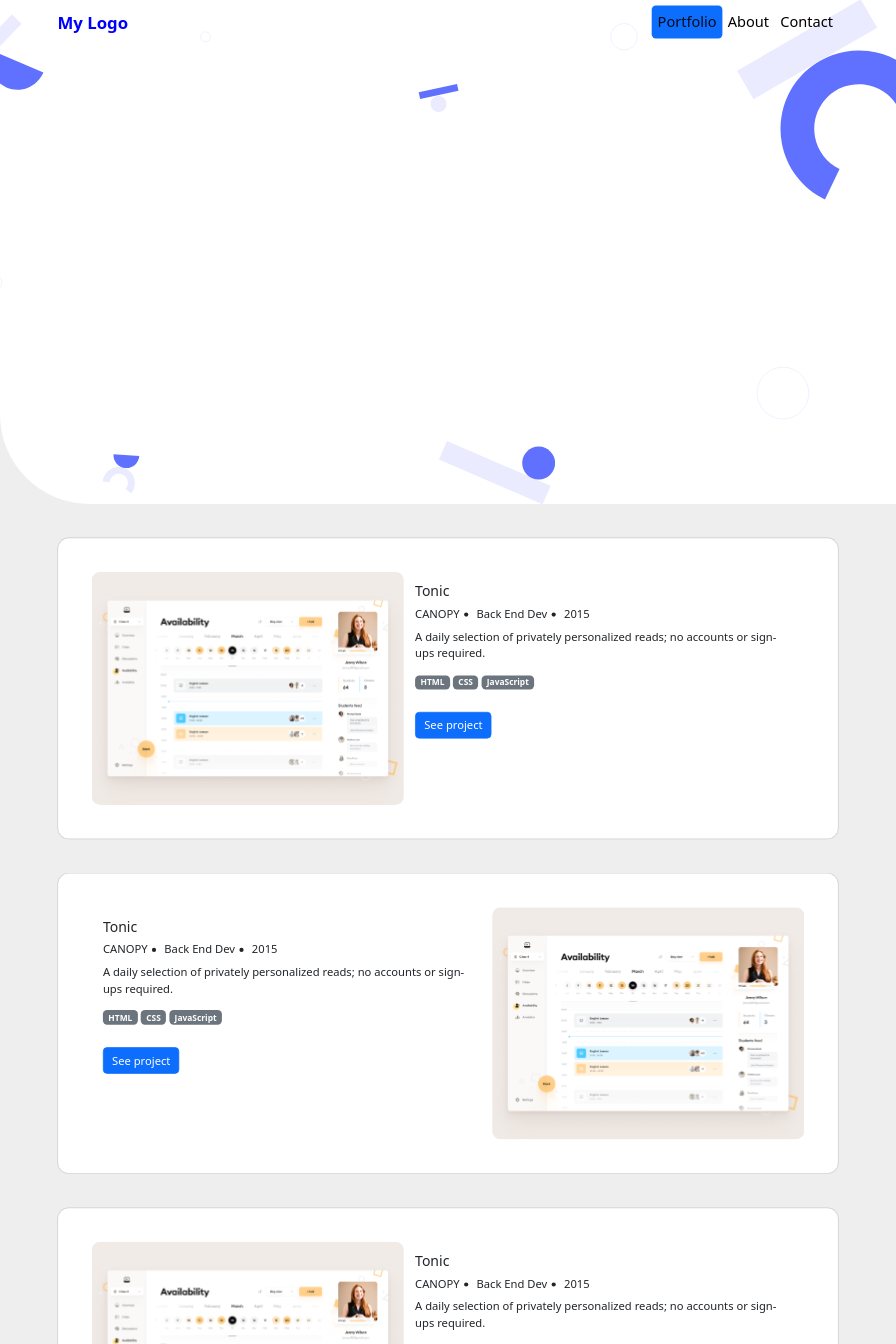
Repository: waelelsafty07/Bootstrap-Portfolio
Page: index.html
The author's editor kept a copy of each file at every save. The page is drawn from the files as they stood at one save, then again after the next save.
The browser window is 1280 px wide. The pictures show the part of the page from y = 0 to 1920 px (the page is 2682 px tall), at 70% of full size.

Above is the page before, as saved 2023-04-04 17:40:30.

### index.html
<!DOCTYPE html>
<html lang="en">
<head>
    <meta charset="UTF-8">
    <meta http-equiv="X-UA-Compatible" content="IE=edge">
    <meta name="viewport" content="width=device-width, initial-scale=1.0">
    <title>Portfolio</title>
    <link rel="stylesheet" href="css/bootstrap.min.css"/>
    <link rel="stylesheet" href="styles.css"/>
</head>
<body>
    <header>
        <nav id="navbar" class="navbar fixed-top navbar-expand-lg navbar-light">
            <div class="container">
              <a class="navbar-brand" href="#">My Logo</a>
              <button class="navbar-toggler" type="button" data-bs-toggle="collapse" data-bs-target="#navbarNav" aria-controls="navbarNav" aria-expanded="false" aria-label="Toggle navigation">
                <span class="navbar-toggler-icon"></span>
              </button>
              <div class="collapse navbar-collapse flex-row-reverse" id="navbarNav">
                <ul class="navbar-nav nav-pills">
                  <li class="nav-item">
                    <a class="nav-link active" aria-current="page" href="#works">Portfolio</a>
                  </li>
                  <li class="nav-item">
                    <a class="nav-link" href="#">About</a>
                  </li>
                  <li class="nav-item">
                    <a class="nav-link" href="#">Contact</a>
                  </li>
                </ul>
              </div>
            </div>
          </nav>
    </header>
    <main data-bs-spy="scroll" data-bs-target="#navbar" data-bs-offset="0" class="scrollspy-example" tabindex="0">
      <section id="works" class="works m-5">
        <div class="container">
          <div class="card flex-row p-5 rounded-4">
            <img src="images/Snapshoot Portfolio (1).svg" class="card-img-top w-50" alt="...">
            <div class="card-body">
              <h5 class="card-title mb-2">Tonic</h5>
              <ul class="d-flex p-0 my-2">
                <li class="list-unstyled">CANOPY</li>
                <li class="ms-4">Back End Dev</li>
                <li class="ms-4">2015</li>
              </ul>
              <p class="card-text my-2">A daily selection of privately personalized reads; no accounts or sign-ups required.</p>
              <ul class="list-unstyled my-3">
                <li class="badge bg-secondary">HTML</li>
                <li class="badge bg-secondary">CSS</li>
                <li class="badge bg-secondary">JavaScript</li>
              </ul>
              <a href="#" class="btn btn-primary mt-3">See project</a>
            </div>
          </div>
          <div class="card flex-row-reverse p-5 rounded-4 mt-5">
            <img src="images/Snapshoot Portfolio (1).svg" class="card-img-top w-50" alt="...">
            <div class="card-body">
              <h5 class="card-title mb-2">Tonic</h5>
              <ul class="d-flex p-0 my-2">
                <li class="list-unstyled">CANOPY</li>
                <li class="ms-4">Back End Dev</li>
                <li class="ms-4">2015</li>
              </ul>
              <p class="card-text my-2">A daily selection of privately personalized reads; no accounts or sign-ups required.</p>
              <ul class="list-unstyled my-3">
                <li class="badge bg-secondary">HTML</li>
                <li class="badge bg-secondary">CSS</li>
                <li class="badge bg-secondary">JavaScript</li>
              </ul>
              <a href="#" class="btn btn-primary mt-3">See project</a>
            </div>
          </div>
          <div class="card flex-row p-5 rounded-4 mt-5">
            <img src="images/Snapshoot Portfolio (1).svg" class="card-img-top w-50" alt="...">
            <div class="card-body">
              <h5 class="card-title mb-2">Tonic</h5>
              <ul class="d-flex p-0 my-2">
                <li class="list-unstyled">CANOPY</li>
                <li class="ms-4">Back End Dev</li>
                <li class="ms-4">2015</li>
              </ul>
              <p class="card-text my-2">A daily selection of privately personalized reads; no accounts or sign-ups required.</p>
              <ul class="list-unstyled my-3">
                <li class="badge bg-secondary">HTML</li>
                <li class="badge bg-secondary">CSS</li>
                <li class="badge bg-secondary">JavaScript</li>
              </ul>
              <a href="#" class="btn btn-primary mt-3">See project</a>
            </div>
          </div>
          <div class="card flex-row-reverse p-5 rounded-4 mt-5">
            <img src="images/Snapshoot Portfolio (1).svg" class="card-img-top w-50" alt="...">
            <div class="card-body">
              <h5 class="card-title mb-2">Tonic</h5>
              <ul class="d-flex p-0 my-2">
                <li class="list-unstyled">CANOPY</li>
                <li class="ms-4">Back End Dev</li>
                <li class="ms-4">2015</li>
              </ul>
              <p class="card-text my-2">A daily selection of privately personalized reads; no accounts or sign-ups required.</p>
              <ul class="list-unstyled my-3">
                <li class="badge bg-secondary">HTML</li>
                <li class="badge bg-secondary">CSS</li>
                <li class="badge bg-secondary">JavaScript</li>
              </ul>
              <a href="#" class="btn btn-primary mt-3">See project</a>
            </div>
          </div>
        </div>

      </section>
    </main>

    <script src="js/bootstrap.bundle.min.js"></script>
</body>
</html>

### styles.css
body {
  background-color: #eee;
}

header {
  background-color: #fff;
  background-image: url("images/Header\ bg.svg");
  background-repeat: no-repeat;
  background-position: center;
  height: 100vh;
  border-bottom-left-radius: 8rem;
}
nav .navbar-brand {
  font-weight: bold;
  font-size: 1.5rem;
  color: blue;
}
nav .nav-link {
  font-weight: 500;
  font-size: 1.3rem;
  color: #000;
}

.nav-pills.nav-link.active {
  background-color: purple !important;
}

Loaded but not shown: css/bootstrap.min.css (library); js/bootstrap.bundle.min.js (library)

After the next save:
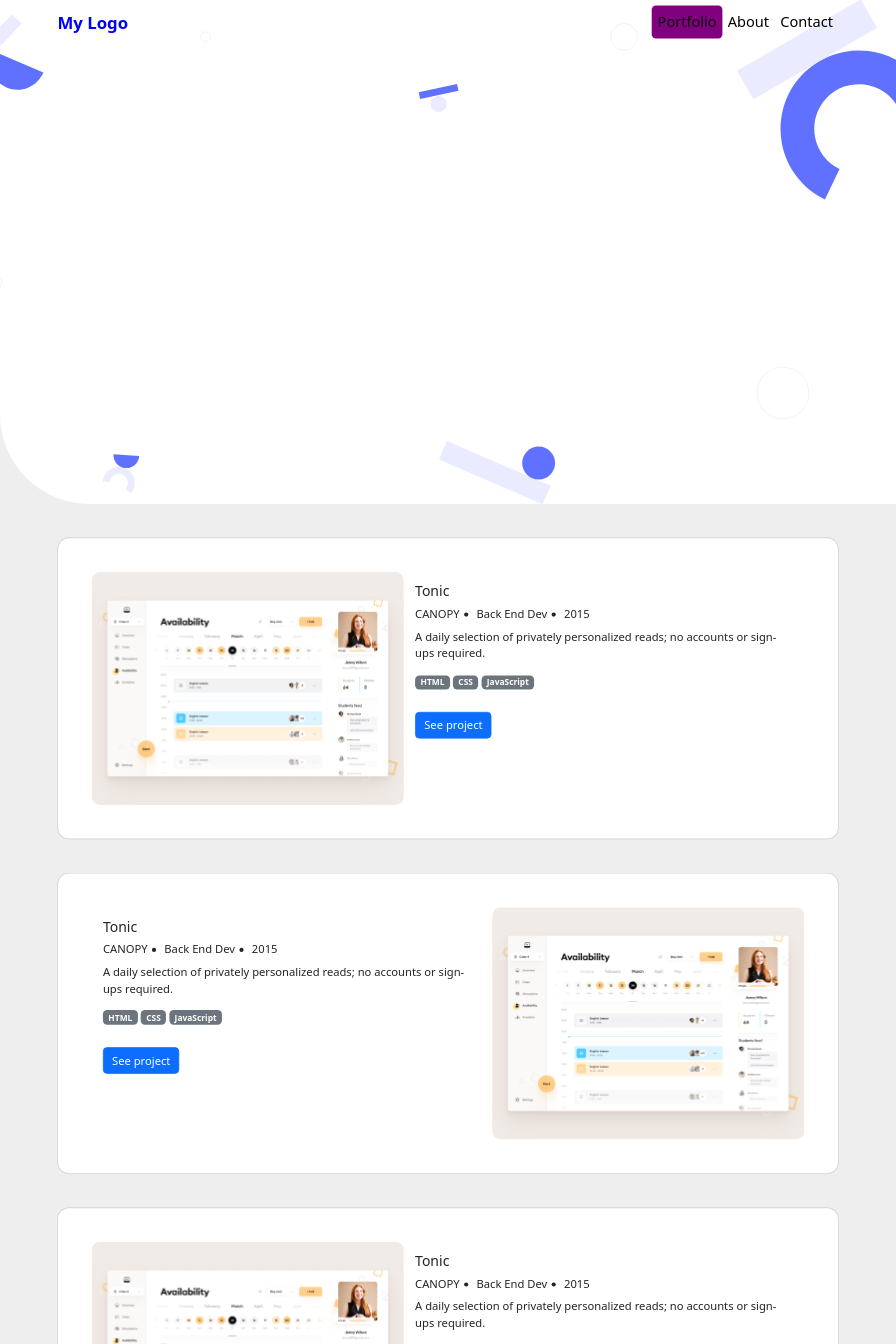
Saved 47 s later.
--- a/styles.css
+++ b/styles.css
@@ -21,6 +21,6 @@ nav .nav-link {
   color: #000;
 }
 
-.nav-pills.nav-link.active {
+.nav-pills .nav-link.active {
   background-color: purple !important;
 }
